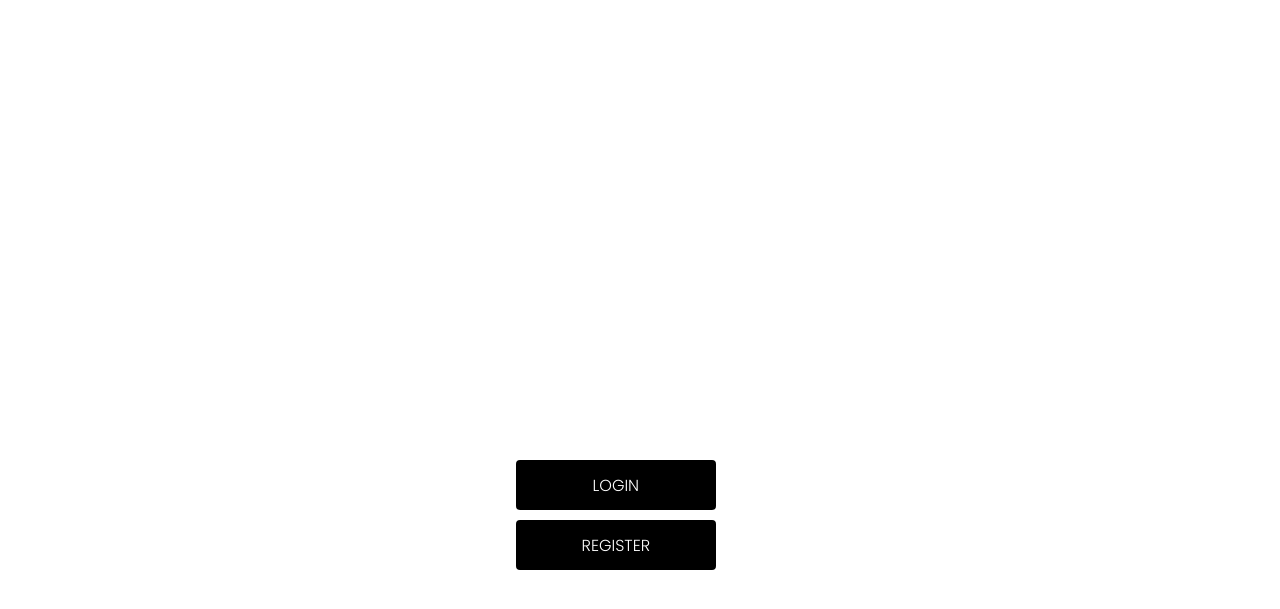
Repository: vu9ar/vu9ar.github.io
Page: WelcomePage/welcome.html
An editor plug-in stored every save of this project. The page is shown before and after the next save, followed by the edit.
The browser window is 1280 px wide. The pictures show the whole page.

Above is the page before, as saved 2022-03-27 19:31:38.

### WelcomePage/welcome.html
<!DOCTYPE html>
<html>

<head>
    <meta charset="UTF-8">
    <link rel="stylesheet" href="style.css">
    <link rel="preconnect" href="https://fonts.gstatic.com" crossorigin>
    <link href="https://fonts.googleapis.com/css2?family=Poppins:wght@300&display=swap" rel="stylesheet">
    <link href="https://fonts.googleapis.com/css2?family=Poppins:wght@600&display=swap" rel="stylesheet">
    <meta name="viewport" content="width-device-width, initial-scale=1.0">
    <title>TMHL</title>
</head>


<body>

    <div class="intro">
        <h1 class="logo-header">
            <span class="Logo">Mar</span> <span class="Logo">ginal</span>
        </h1>
    </div>

    <form action="../loginRegister/loginForVerified.html">
        <button class="button">LOGIN</button>
    </form>

    <form action="/loginRegister/guestToVerifiedRegister.html">
        <button class="button">REGISTER</button>
    </form>
    <script src="app.js"></script>

</body>


</html>

### WelcomePage/style.css
* {
    margin: 0;
    padding: 0;
    box-sizing: border-box;
    font-family: 'Poppins', sans-serif;
}


/* Splash */

.intro {
    position: fixed;
    z-index: 1;
    left: 0;
    right: 0;
    width: 100%;
    height: 100vh;
    background-color: #161616;
    transition: 1s;
}

.logo-header {
    position: absolute;
    top: 40%;
    left: 50%;
    transform: translate(-50%, -50%);
    color: #ffffff;
}

.Logo {
    position: relative;
    display: inline-block;
    /*left: 0;*/
    bottom: -20px;
    opacity: 0;
}

.Logo.active {
    bottom: 0;
    opacity: 1;
    transition: ease-in-out 0.5s;
}

.Logo.fade {
    bottom: 150px;
    opacity: 0;
    transition: ease-in-out 0.5;
}

.button {
    width: 200px;
    height: 50px;
    left: 40.3%;
    top: 450px;
    margin-top: 10px;
    bottom: 50%;
    border: none;
    color: white;
    border-radius: 4px;
    transition: ease-out 0.3s;
    font-size: 1rem;
    outline: none;
    border: 3px solid black;
    position: relative;
    z-index: 1;
    background-color: black;
}

.button:hover {
    color: #ffffff;
    cursor: pointer;
}

.button:before {
    transition: 0.5s all ease;
    position: absolute;
    top: 0;
    left: 50%;
    right: 50%;
    bottom: 0;
    opacity: 0;
    content: "";
    background-color: #42BFB2;
}

.button:hover:before {
    transition: 0.5s all ease;
    left: 0;
    right: 0;
    opacity: 1;
    z-index: -1;
}

### WelcomePage/app.js
let intro = document.querySelector('.intro');
let logo = document.querySelector('.logo-header');
let logoSpan = document.querySelectorAll('.Logo');
let button = document.querySelectorAll('.button');

window.addEventListener('DOMContentLoaded', () => {

    setTimeout(() => {

        logoSpan.forEach((span, idx) => {
            setTimeout(() => {
                span.classList.add('active');
            }, (idx + 1) * 400);
        });

        setTimeout(() => {
            logoSpan.forEach((span, idx) => {

                setTimeout(() => {
                    span.classList.remove('active');
                    span.classList.add('fade');
                }, (idx + 1) * 50);
            })
        }, 2000);


        setTimeout(() => {
            intro.style.top = '-100vh';
        }, 2300);

    });
});

After the next save:
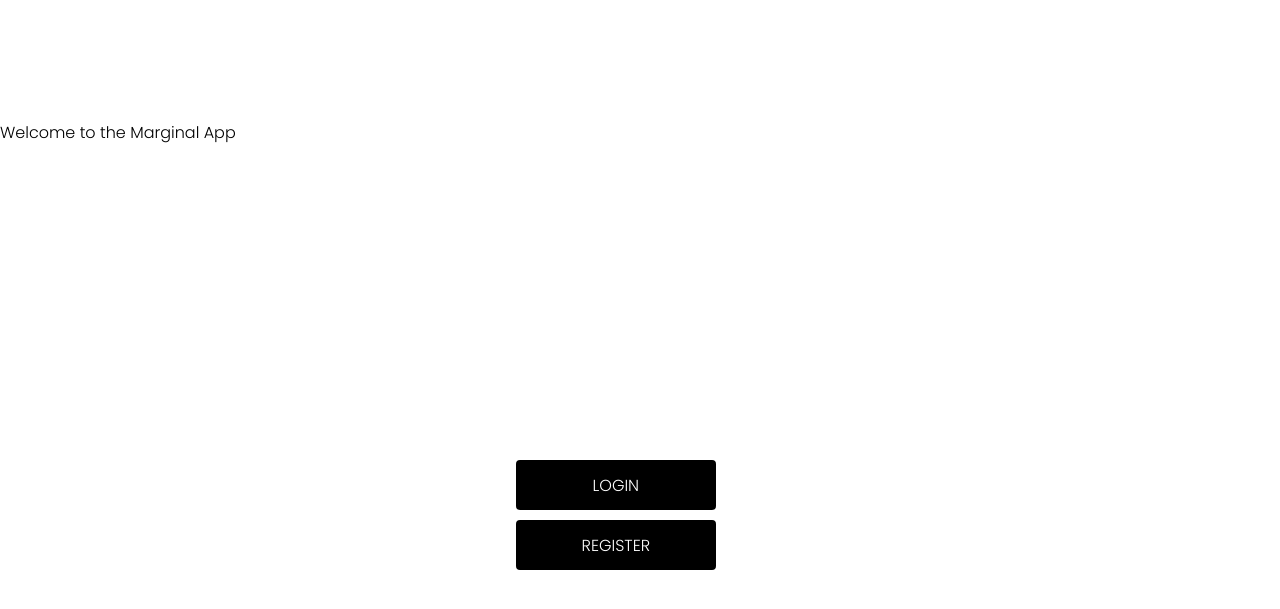
Saved 42 s later.
--- a/WelcomePage/welcome.html
+++ b/WelcomePage/welcome.html
@@ -27,6 +27,8 @@
     <form action="/loginRegister/guestToVerifiedRegister.html">
         <button class="button">REGISTER</button>
     </form>
+
+    <header>Welcome to the Marginal App</header>
     <script src="app.js"></script>
 
 </body>
